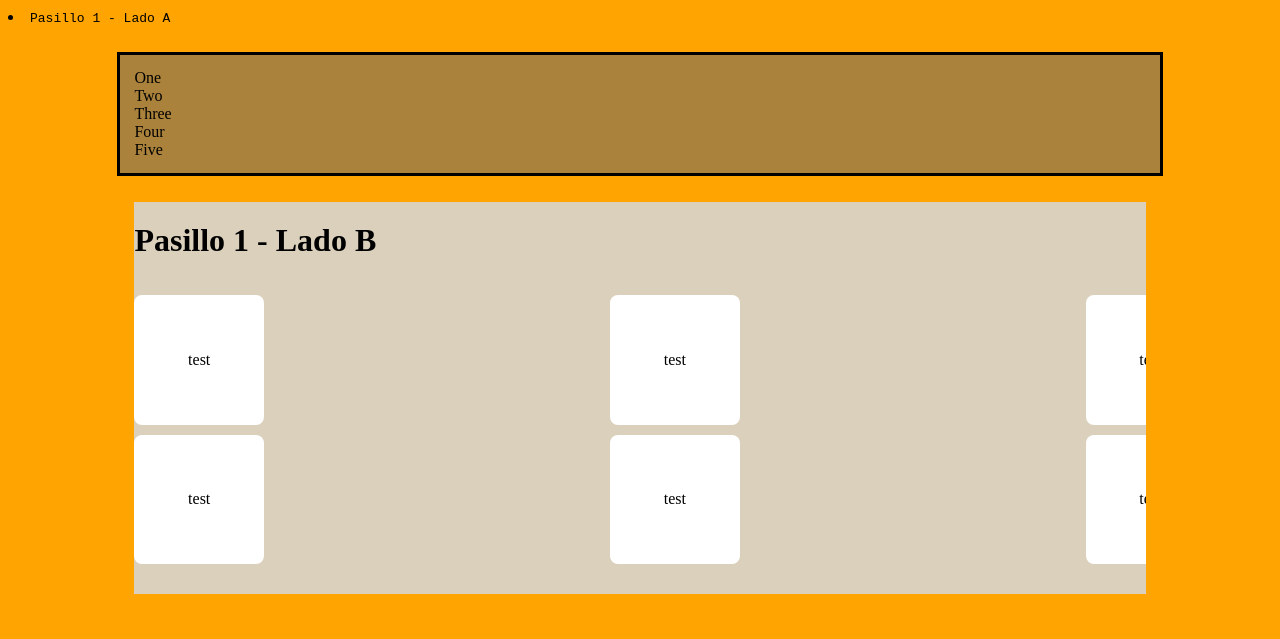
Repository: Franzcod/DepoStock_Web
Page: index.html
An editor plug-in stored every save of this project. The page is shown before and after the next save, followed by the edit.
The browser window is 1280 px wide. The pictures show the whole page.

Above is the page before, as saved 2020-06-07 02:38:08.
Console error: ReferenceError: ur is not defined

### index.html
<!DOCTYPE html>
<html lang="en">
<head>
    <meta charset="UTF-8">
    <meta name="viewport" content="width=device-width, initial-scale=1.0">
    <title>Deposito Probusol</title>

    <link rel="stylesheet" href="estilo/estilo.css">
</head>
<body>

    <li><code>Pasillo 1 - Lado A</code>
        <div id="div2">
            <div class="wrapper">
                <div class="box1">One</div>
                <div class="box2">Two</div>
                <div class="box3">Three</div>
                <div class="box4">Four</div>
                <div class="box5">Five</div>
            </div>
        </div>
    </li>

    <div class="app">
        <h1>Pasillo 1 - Lado B</h1>

        <ul class="hs">
            <li class="item">test</li>
            <li class="item">test</li>
            <li class="item">test</li>
            <li class="item">test</li>
            <li class="item">test</li>
            <li class="item">test</li>
            <li class="item">test</li>
            <li class="item">test</li>
            <li class="item">test</li>
            <li class="item">test</li>
            <li class="item">test</li>
            <li class="item">test</li>
            <li class="item">test</li>
            <li class="item">test</li>
            <li class="item">test</li>
            <li class="item">test</li>
            <li class="item">test</li>
            <li class="item">test</li>
            <li class="item">test</li>
            <li class="item">test</li>
            <li class="item">test</li>
            <li class="item">test</li>
            <li class="item">test</li>
            <li class="item">test</li>
        </ul>

        <!-- <div class="container">
            <div class="item">
            <h3>Block for context</h3>
            </div>
        </div> -->
    </div>






    <script>ur</script>

</body>







</html>

### estilo/estilo.css
html{
    background-color: rgba(255, 164, 0, 1);
}

#div2 {
    border: 3px solid black;
    width:  80%;
    height: 40%;
    margin: 2vw auto;
    padding: 2vh 2vh;
    background-color: rgba(105, 105, 105, 0.565);
}

#div2 { overflow-x: scroll;}

:root {
--gutter: 20px;
}

.app {
padding: var(--gutter) 0;
display: grid;
grid-gap: var(--gutter) 0;
/* grid-template-columns: var(--gutter) 1fr var(--gutter); */
align-content: start;
}

/* .app > * {
grid-column: 2 / 2;
} */
/*
.app > .full {
grid-column: 1 / -1;
} */

.hs {
display: grid;
grid-gap: calc(var(--gutter) / 2);
grid-template-columns: repeat(15, calc(50% - var(--gutter) * 2));
grid-template-rows: minmax(7vw, 1fr);

overflow-x: scroll;
/* scroll-snap-type: x proximity; */
padding-bottom: calc(.75 * var(--gutter));
margin-bottom: calc(-.25 * var(--gutter));
/* width: 7vw; */
}

/* Demo styles */

ul {
list-style: none;
padding: 0;
}

h1,
h2,
h3 {
margin: 0;
}

.app {
width: 80%;
height: 30%;
background: #DBD0BC;
overflow-y: scroll;
margin: 2vw auto;

}

.hs > li,
.item {
scroll-snap-align: center;
padding: calc(var(--gutter) / 1 );
display: flex;
flex-direction: column;
justify-content: center;
align-items: center;
background: #fff;
border-radius: 8px;
height: 7vw;
width: 7vw;
}

After the next save:
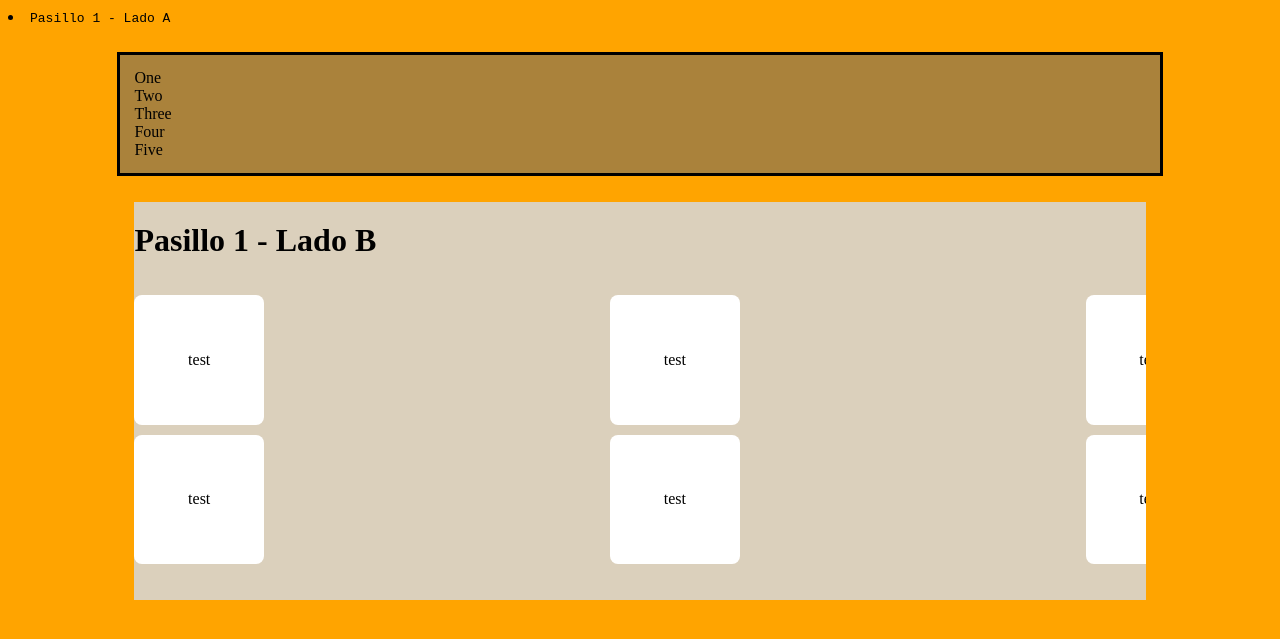
Saved 2 min 34 s later.
--- a/estilo/estilo.css
+++ b/estilo/estilo.css
@@ -41,8 +41,8 @@ grid-template-rows: minmax(7vw, 1fr);
 
 overflow-x: scroll;
 /* scroll-snap-type: x proximity; */
-padding-bottom: calc(.75 * var(--gutter));
-margin-bottom: calc(-.25 * var(--gutter));
+/* padding-bottom: calc(.75 * var(--gutter));
+margin-bottom: calc(-.25 * var(--gutter)); */
 /* width: 7vw; */
 }
 
